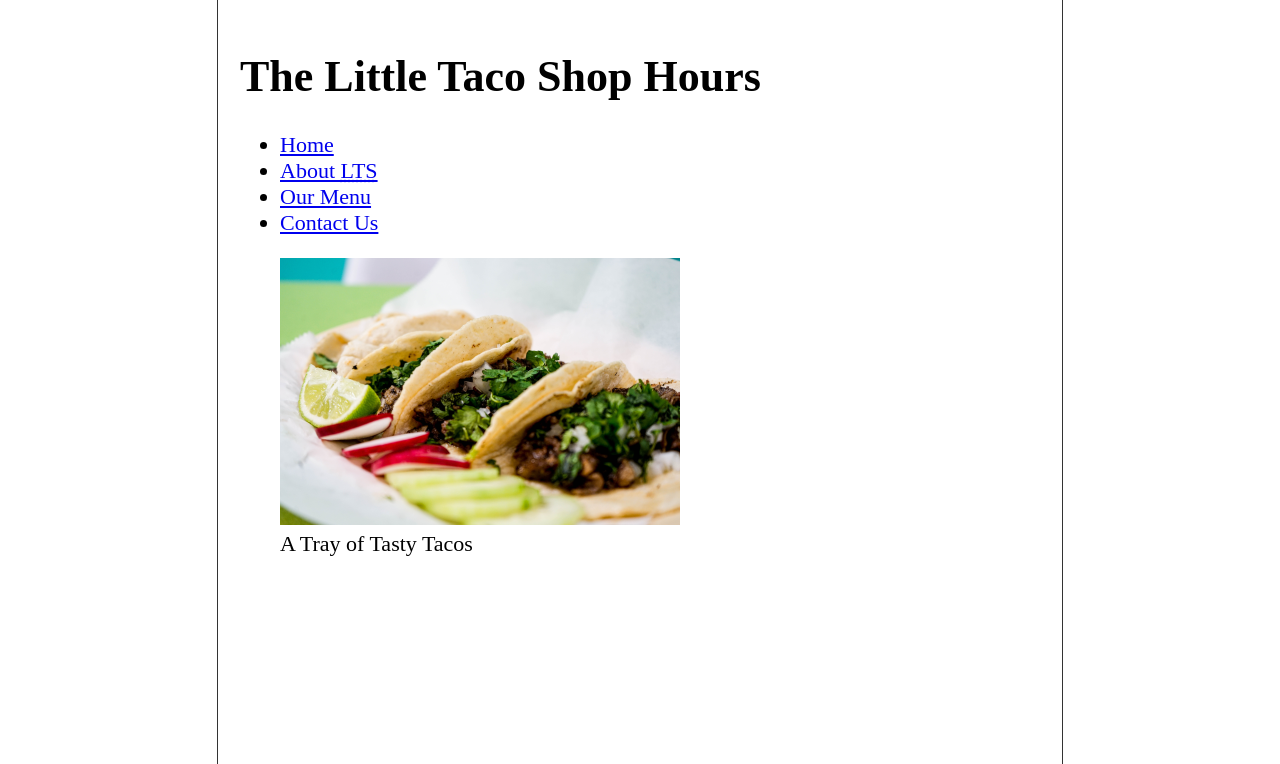
Repository: JavaProgrammerFromEastEurope/project-html-full-tutorial
Page: 10_lesson/hours.html
An editor plug-in stored every save of this project. The page is shown before and after a run of saves, followed by the edit.
The browser window is 1280 px wide. The pictures show the whole page.

Above is the page before, as saved 2023-04-07 05:36:12.

### 10_lesson/hours.html
<!DOCTYPE html>
<html lang="en">
  <head>
    <meta charset="UTF-8" />
    <meta name="author" content="Dave Gray" />
    <meta name="description" content="Store Hours for The Little Taco Shop" />
    <title>LTS Hours</title>
    <link rel="icon" href="favicon.ico" type="image/x-icon" />
    <link rel="stylesheet" href="css/style.css" />
  </head>

  <body>
    <header>
      <h1>The Little Taco Shop Hours</h1>
      <nav>
        <ul>
          <li><a href="/">Home</a></li>
          <li>
            <a href="/#about"
              >About <abbr title="The Little Taco Shop">LTS</abbr></a
            >
          </li>
          <li><a href="/#menu">Our Menu</a></li>
          <li><a href="contact.html">Contact Us</a></li>
        </ul>
      </nav>
      <figure>
        <img
          src="./assets/img/tacos_tray_400x267.png"
          alt="A Tray of Tasty Tacos"
          title="We love trays of tacos!"
        />
				<figcaption>
					A Tray of Tasty Tacos
				</figcaption>
      </figure>
    </header>
  </body>
</html>

### 10_lesson/css/style.css
html {
	font-size: 22px;
}

body {
	min-height: 100vh;
	max-width: 800px;
	margin: 0 auto;
	padding: 1rem;
	border-left: 1px solid #333;
	border-right: 1px solid #333;
}

th, td, caption {
	border: 1px solid #333;
	font-family: 'Courier New', Courier, monospace;
	border-collapse: separate;
	padding: 0.5rem;
}

After the next 5 saves:
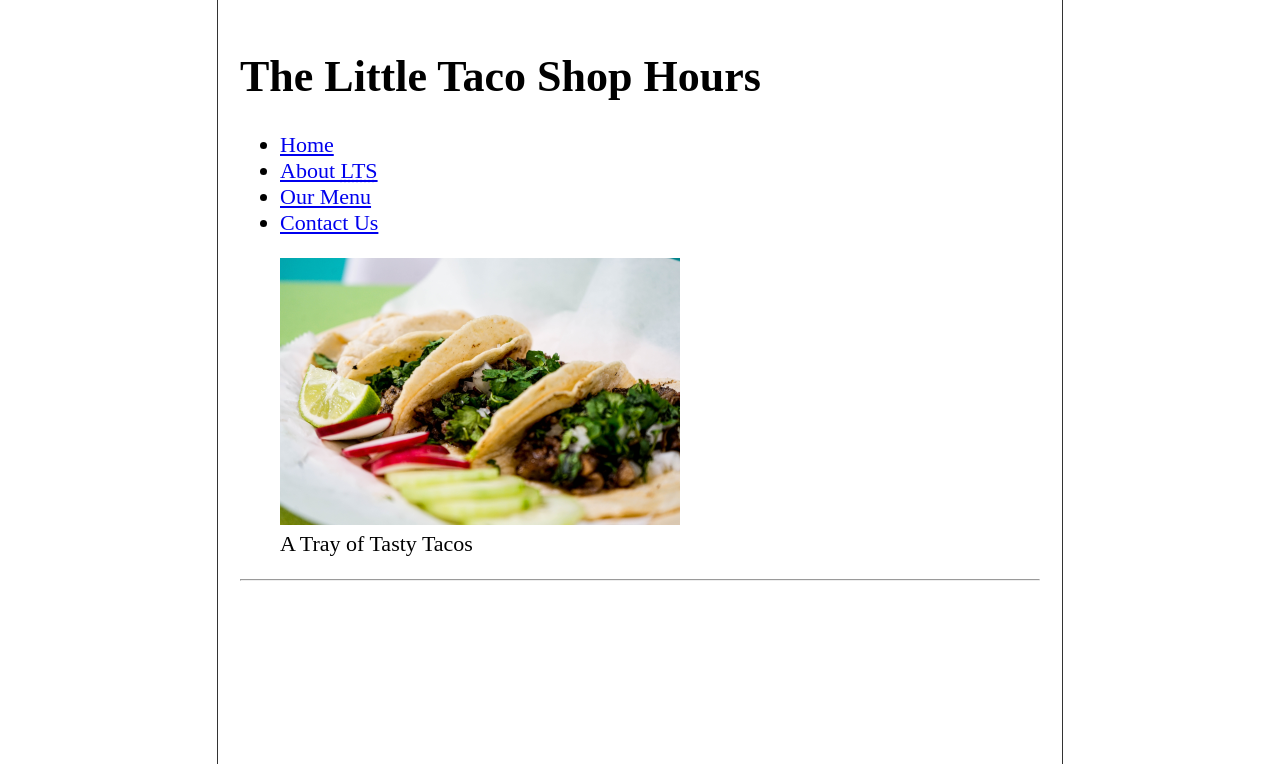
The 5 saves are shown as one change because they came seconds apart.
The last was saved 17 s later.
--- a/10_lesson/hours.html
+++ b/10_lesson/hours.html
@@ -35,5 +35,11 @@
 				</figcaption>
       </figure>
     </header>
+		<hr>
+		<main>
+			<p>
+
+			</p>
+		</main>
   </body>
 </html>
